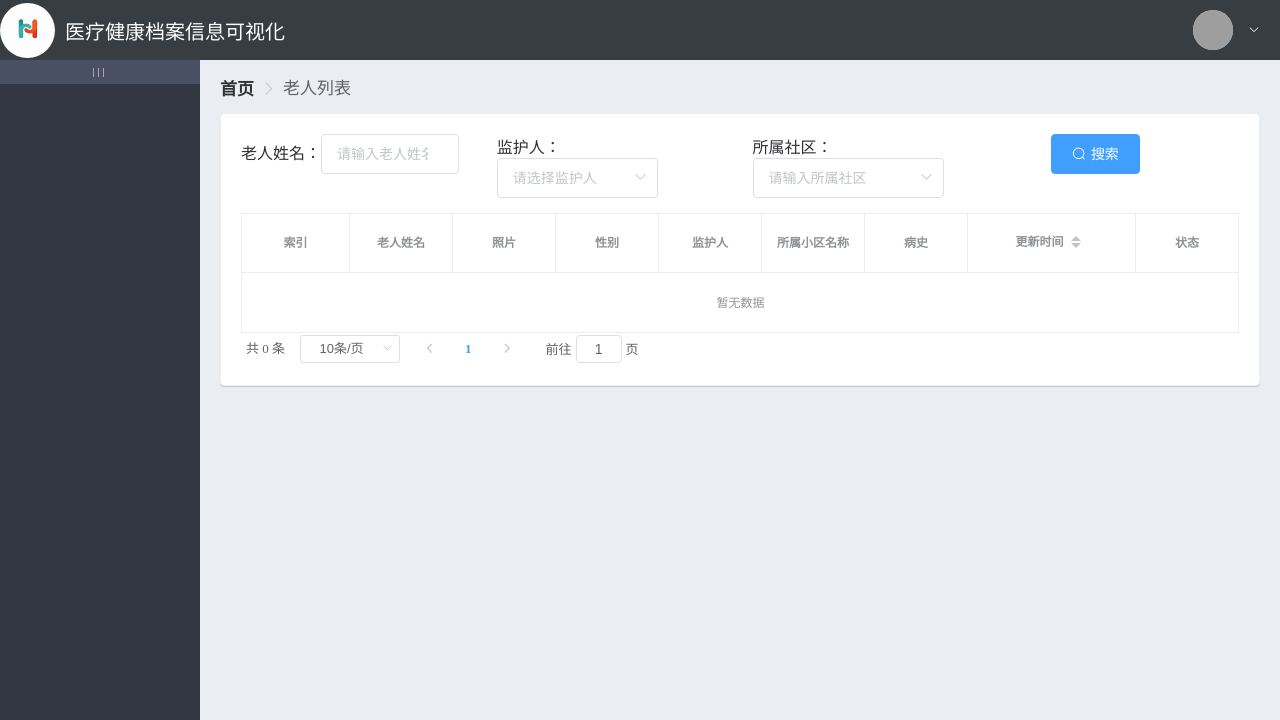
Repository: hyyBubbly/community-web-vue
Page: /#/older (app in community/)
These files come from the project's save history. The page is drawn as it stood at one moment and after the next save; the edit follows.
The browser window is 1280 px wide. The pictures show the whole page.
Pictures or frames that could not be fetched are drawn as grey boxes. The page's requests for data from a server got no answer. The project was rebuilt for these pictures with package versions that can differ from the ones it lists, and the page was loaded fresh each time. No one was signed in, and anything a server would have sent is missing. Also part of the build but not shown: community/vue.config.js, community/src/components/Login.vue, community/src/components/Welcome.vue, community/src/components/User/UserList.vue, community/src/components/admin/WorkerList.vue, community/src/components/community/CommunityList.vue, community/src/components/healthfiles/HealthyData.vue, community/src/components/healthfiles/Healthiness.vue and 13 more.

Above is the page before, as saved 2024-01-28 13:39:22.

After the next save:
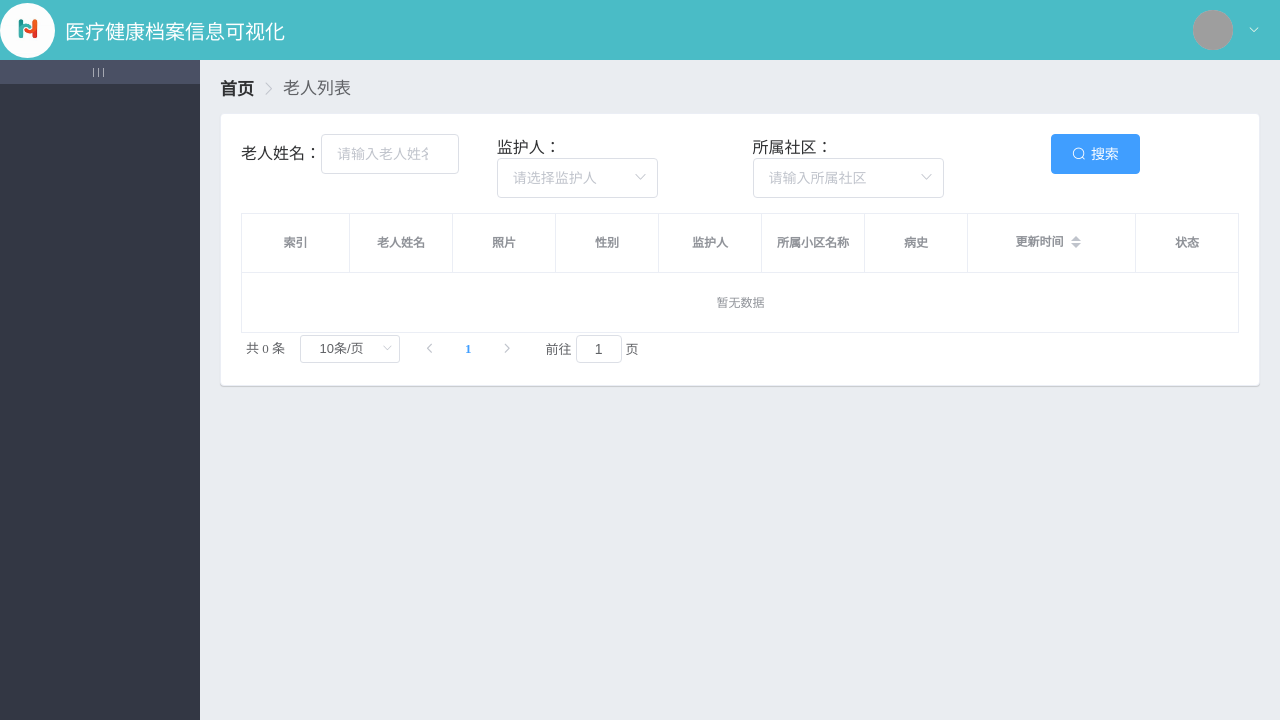
Saved 2 min 19 s later.
--- a/community/src/components/Home.vue
+++ b/community/src/components/Home.vue
@@ -196,7 +196,8 @@ export default{
 	}
 	//头部样式
 	.el-header{
-		background-color: #373d41;
+		// background-color: #373d41;
+    background-color: #4abcc6;
 		display: flex;
 		align-items: center;
 		justify-content: space-between; //左右贴边
